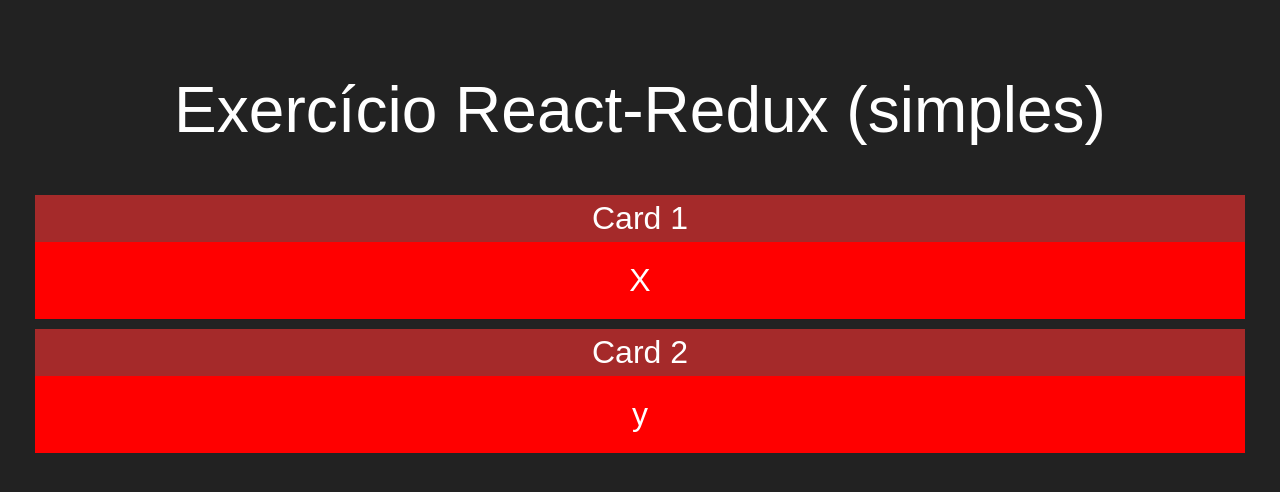
Repository: Henrique-Franca/Clear-Redux-Simples
Page: /
The author's editor kept a copy of each file at every save. The page is drawn from the files as they stood at one save, then again after the next save.
The browser window is 1280 px wide. The pictures show the whole page.
The project was rebuilt for these pictures with package versions that can differ from the ones it lists, and the page was loaded fresh each time.

Above is the page before, as saved 2022-11-21 11:53:12.

After the next save:
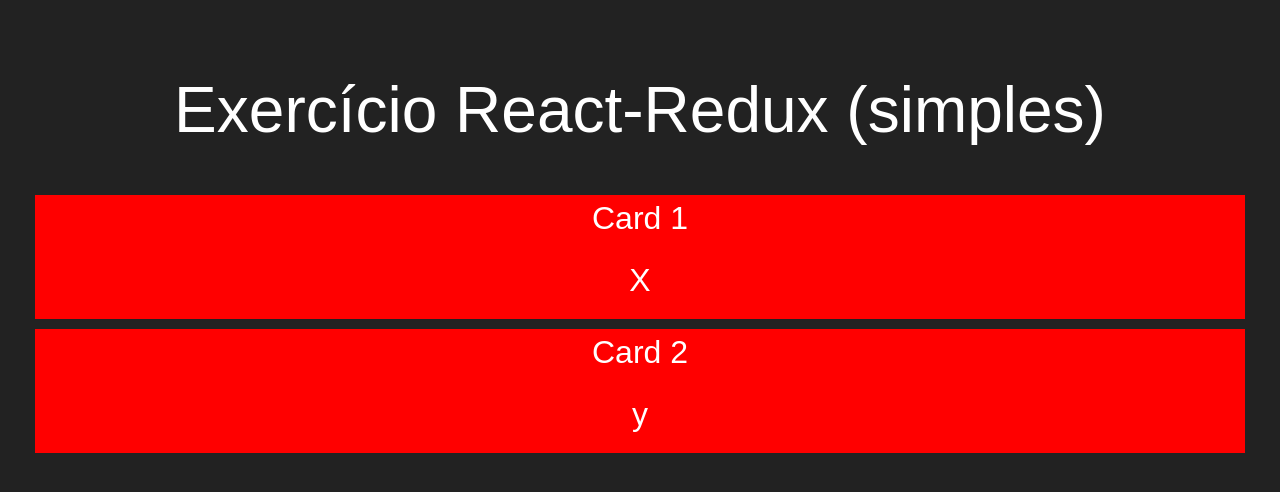
Saved 16 s later.
--- a/src/components/Card.css
+++ b/src/components/Card.css
@@ -12,7 +12,6 @@
 .Card .Header .Title{
     flex: 1;
     padding: 5px;
-    background-color: brown;
 }
 .Card .Content{
     padding: 20px;
